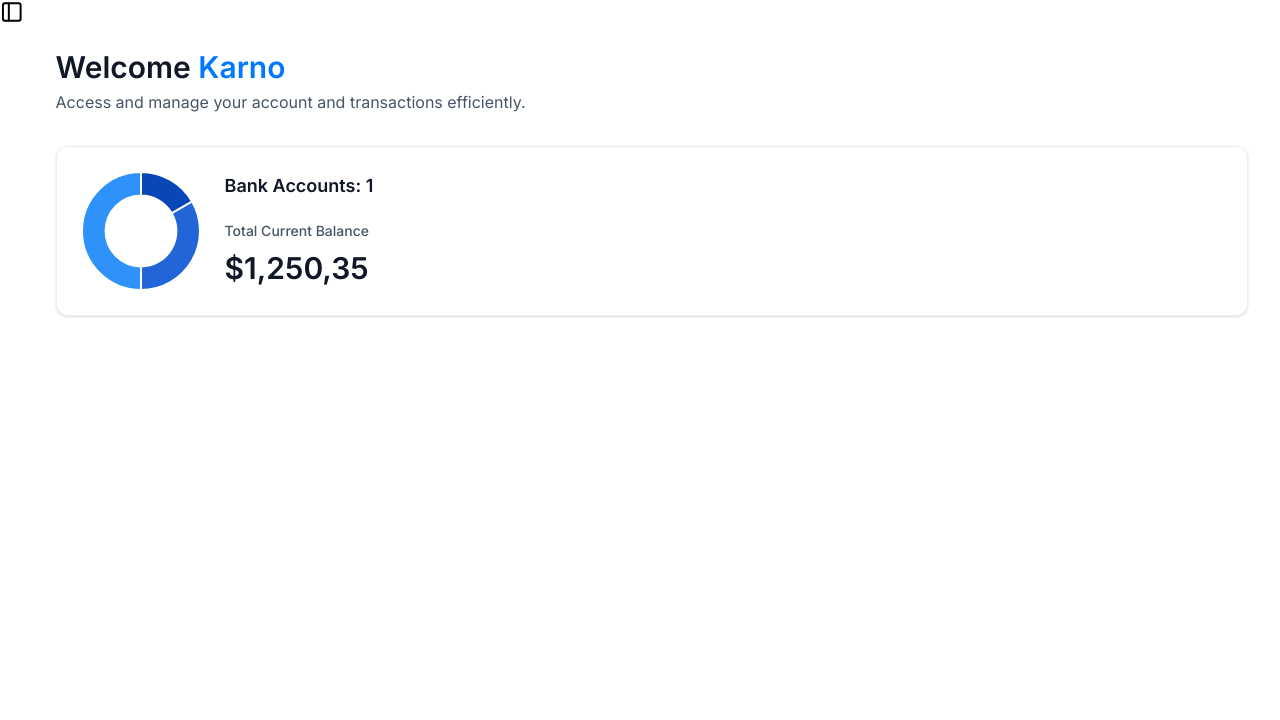
Repository: KarnoSarker/Banking
Page: /
The author's editor kept a copy of each file at every save. The page is drawn from the files as they stood at one save, then again after the next save.
The browser window is 1280 px wide. The pictures show the whole page.
The project was rebuilt for these pictures with package versions that can differ from the ones it lists, and the page was loaded fresh each time. The framework's server and built-in components were replaced by stand-ins that run in the browser. Also part of the build but not shown: next.config.mjs.

Above is the page before, as saved 2024-05-14 20:19:26.

After the next save:
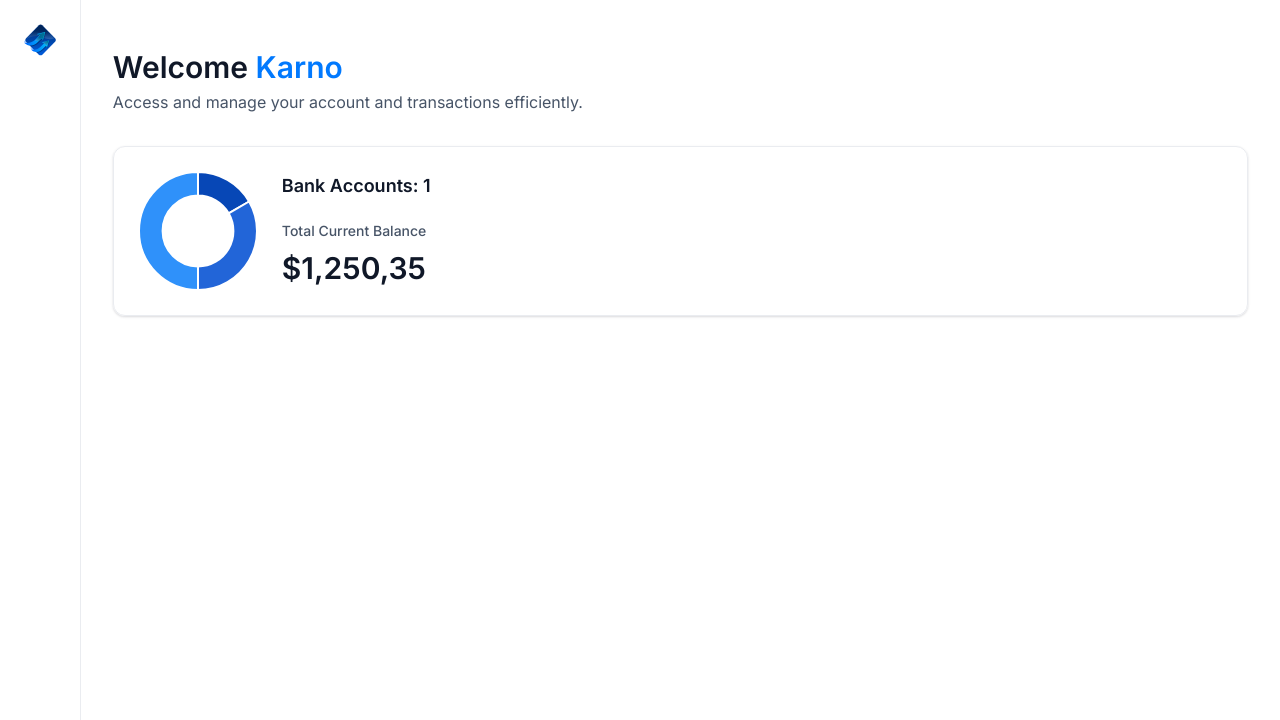
Saved 89 s later.
--- a/app/(root)/layout.tsx
+++ b/app/(root)/layout.tsx
@@ -1,4 +1,4 @@
-import { Sidebar } from 'lucide-react';
+import Sidebar from '@/components/Sidebar';
 
 export default function RootLayout({
   children,
